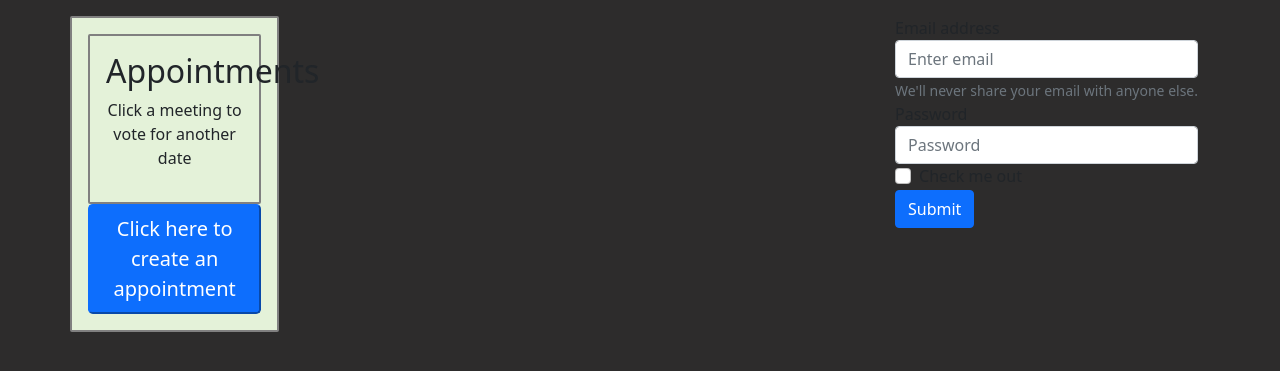
Repository: wlichon/Semesterprojekt
Page: index.html
The author's editor kept a copy of each file at every save. The page is drawn from the files as they stood at one save, then again after the next save.
The browser window is 1280 px wide. The pictures show the whole page.
The page's requests for data from a server got no answer. Some web libraries are served in a nearby version.

Above is the page before, as saved 2022-04-22 18:15:41.

### index.html
<!DOCTYPE html>
<html lang="en">
<head>
    <link href="https://cdn.jsdelivr.net/npm/bootstrap@5.1.3/dist/css/bootstrap.min.css" rel="stylesheet" integrity="sha384-1BmE4kWBq78iYhFldvKuhfTAU6auU8tT94WrHftjDbrCEXSU1oBoqyl2QvZ6jIW3" crossorigin="anonymous">
    <link rel="stylesheet" href="https://cdn.jsdelivr.net/npm/bootstrap-icons@1.8.1/font/bootstrap-icons.css">
    <script
    src="https://code.jquery.com/jquery-3.6.0.min.js"
    integrity="sha256-/xUj+3OJU5yExlq6GSYGSHk7tPXikynS7ogEvDej/m4="
    crossorigin="anonymous"></script>
    <script src="https://cdnjs.cloudflare.com/ajax/libs/jqueryui/1.12.1/jquery-ui.min.js" integrity="sha512-uto9mlQzrs59VwILcLiRYeLKPPbS/bT71da/OEBYEwcdNUk8jYIy+D176RYoop1Da+f9mvkYrmj5MCLZWEtQuA==" crossorigin="anonymous" referrerpolicy="no-referrer"></script>
    <meta charset="UTF-8">
    <meta http-equiv="X-UA-Compatible" content="IE=edge">
    <meta name="viewport" content="width=device-width, initial-scale=1.0">
    <link rel="stylesheet" href="frontend/css/mystyle.css">
    <script src="frontend/script/script.js" defer></script>
    <title>Appointment Finder</title>
</head>
<body class="d-flex justify-content-center">
    <div class="container m-3 d-flex justify-content-center">
        <div class="events row flex-grow-1" id="events">
            <div class="col-md-3 d-flex justify-content-between" style="flex-direction: column">

                <div class="col">
                    <h2 class="align-self-center">Appointments</h2>
                    <p class="">Click a meeting to vote for another date</p>
                </div>
                <button class = "btn-primary btn-lg" id = "createappointment"> Click here to create an appointment</button>


                </div>
             </div>

            <div class="appointments row flex-grow-1" id="appointments">
                <div class="col-md d-flex justify-content-between" style="flex-direction: column">
                    <div class="row h-80">
                        <div class="col">
                           <h2 class="align-self-center">Options</h2>
                        </div>
                    </div>
                    <div class="row inputs h-20 align-self-bottom">
                        <div class="col-md">
                            <i class="bi bi-person-circle m-1"></i><input type="text" placeholder="Name">
                        </div>
                    </div>

                </div>




                <!--
                    <div id = "appointment"
                <div class="col-md">
                    <div class="row h-80">
                        <div class="col wrapper">
                            <h4>Dez</h4>
                            <h3>23</h3>
                            <p>Mi</p>
                            <p>11:40</p>
                            <p>13:00</p>
                        </div>
                    </div>
                    <div class="row inputs h-20">
                        <div class="col-md"><input class="form-check-input" type="checkbox" value=""></div>
                    </div>


                </div>
                <div class="btn btn-primary col-auto p-1" id="lslide">
                    <i class="bi bi-chevron-left"></i>
                </div>

                <div class="row mt-5 comment">
                    <div class="input-group input-group-lg">
                        <span class="input-group-text" id="inputGroup-sizing-lg">Comment</span>
                        <input type="text" class="form-control" aria-label="Sizing example input" aria-describedby="inputGroup-sizing-lg">
                        <button class="btn btn-outline-secondary bg-primary text-white" type="button" id="submit">Submit</button>
                    </div>
                </div>
            -->
        </div>
        <form id = "createappointmentform">
            <div class="form-group">
              <label for="exampleInputEmail1">Email address</label>
              <input type="email" class="form-control" id="exampleInputEmail1" aria-describedby="emailHelp" placeholder="Enter email">
              <small id="emailHelp" class="form-text">We'll never share your email with anyone else.</small>
            </div>
            <div class="form-group">
              <label for="exampleInputPassword1">Password</label>
              <input type="password" class="form-control" id="exampleInputPassword1" placeholder="Password">
            </div>
            <div class="form-check">
              <input type="checkbox" class="form-check-input" id="exampleCheck1">
              <label class="form-check-label" for="exampleCheck1">Check me out</label>
            </div>
            <button type="submit" class="btn btn-primary">Submit</button>
          </form>

            </div>


    <script src="https://cdn.jsdelivr.net/npm/bootstrap@5.1.3/dist/js/bootstrap.bundle.min.js" integrity="sha384-ka7Sk0Gln4gmtz2MlQnikT1wXgYsOg+OMhuP+IlRH9sENBO0LRn5q+8nbTov4+1p" crossorigin="anonymous"></script>
</body>
</html>

### frontend/css/mystyle.css
[class*="col"]{
    text-align:center;
    border: 2px solid grey;
    padding: 1rem;
    border-radius: 2px;
    background-color:rgb(228, 242, 217);
}

.bi-person-circle{
    font-size: 1.5rem;
}

.inputs > div{
    background-color: rgb(89, 209, 61);
}

body{
    background-color:rgb(45, 44, 44);
}

.wrapper{
    border-radius: 5px;
    border: none;
    background-color: lightcyan;
}

.container{
    border-radius: 5px;
}

#lslide{
    background-color:blue;
    border-radius:10px;
}

.event{
    cursor: pointer;
}

.event:hover{
    background-color:blue;
}

.noevent:hover{
    pointer-events: none;
}

### frontend/script/script.js
"use strict";
var months = ["Jan", "Feb", "Mar", "Apr", "May", "Jun", "Jul", "Aug", "Sep", "Oct", "Nov", "Dec"];
var days = ["Mon", "Tue", "Wed", "Thu", "Fri", "Sat", "Sun"];
var slidebutton = "<div class='btn btn-primary col-auto p-1' id='lslide'><i class='bi bi-chevron-left'></i></div>";
var commentbar = "<div class='row mt-5 comment'><div class='input-group input-group-lg'><span class='input-group-text' id='inputGroup-sizing-lg'>Comment</span><input type='text' class='form-control' aria-label='Sizing example input' aria-describedby='inputGroup-sizing-lg'><button class='btn btn-outline-secondary bg-primary text-white' type='button' id='submit'>Submit</button></div></div>";
$(function () {
    $("#appointments").hide();
    $("#events").hide();
    $.ajax({
        type: "GET",
        url: "backend/serviceHandler.php",
        cache: false,
        data: { function: "loadAppointments" },
        dataType: "json",
        success: function (response) {
            // bei sucess liefert loadAppointments ein Array mit den ganzen Appointments in dem Format:
            //  Appointment("25-06-2027", "Meeting4", "22-05-2025 19:30:00", "18:00", "18:30", [2, 3]) also:
            // Appointment("Tag-Monat-Jahr", "MeetingNummer", "ExpirationDate", "UhrzeitBeginn", "Uhrzeitende", "OptionsID");
            // Appointment ($date,$title,$votingExpirationDate,$begin,$end,$optionIDs)3222
            console.log("success");
            $.each(response, function (i, val) {
                var counter = 1;
                var date = new Date(val["date"]["date"]);
                var month = months[date.getMonth()];
                var day = days[date.getDay()];
                var dayOfMonth = date.getDate();
                var year = date.getFullYear();
                var expiration = val["votingExpirationDate"]["date"].substr(0, 19);
                var begin = val["begin"]["date"].substr(11).substr(0, 8);
                var end = val["end"]["date"].substr(11).substr(0, 8);
                var id = val["optionIDs"];
                $("#events").append("<div class='col-md-2 event' id =" + counter + " + data=" + id + ">" +
                    "<div class='col wrapper'>" +
                    "<h2>" + val["title"] + "</h2>" +
                    "<h4>" + month + "</h4>" +
                    "<h3>" + dayOfMonth + "</h3>" +
                    "<p>" + day + "</p>" +
                    "<p>Begins: " + begin + "</p>" +
                    "<p>Ends: " + end + "</p>" +
                    "<h6><p>Voting ends:</p>" +
                    "<p>" + expiration + "</p></h6>" +
                    "</div> </div>");
                var isexpired = new Date(expiration);
                var today = new Date();
                if (isexpired <= today) {
                    $("#" + counter).append("<h5 class = 'mt-3' > abgelaufen! </h5>");
                    $("#" + counter).attr("class", "col-md-2 noevent");
                }
                counter++;
            });
        },
        complete: function () {
            $(".event").on('click', function (e) {
                var self = e.currentTarget; // Element was das Klick getriggert hat
                $("#events").hide("slide", { direction: "left" }, 1000, function () {
                    console.log(self);
                    var optionIDs_string = self.getAttribute("data");
                    var optionIDs = Array.from(optionIDs_string.split(","));
                    console.log(optionIDs);
                    $.ajax({
                        type: "GET",
                        url: "backend/serviceHandler.php",
                        cache: false,
                        data: { function: "loadOptions", param: optionIDs },
                        dataType: "json",
                        success: function (response) {
                            console.log("success");
                            console.log(response);
                            $.each(response, function (i, val) {
                                var date = new Date(val["date"]["date"]);
                                console.log("loop");
                                var month = months[date.getMonth()];
                                var day = days[date.getDay()];
                                var dayOfMonth = date.getDate();
                                var year = date.getFullYear();
                                var begin = val["begin"]["date"].substr(11).substr(0, 8);
                                var end = val["end"]["date"].substr(11).substr(0, 8);
                                $("#appointments").append("<div class='col-md'>" +
                                    "<div class='col-md event'>" +
                                    "<div class='col wrapper'>" +
                                    "<h4>" + month + "</h4>" +
                                    "<h3>" + dayOfMonth + "</h3>" +
                                    "<p>" + day + "</p>" +
                                    "<p>Begins: " + begin + "</p>" +
                                    "<p>Ends: " + end + "</p>" +
                                    "</div></div>" +
                                    "<div class='row inputs h-20'>" +
                                    "<div class='col-md'><input class='form-check-input' type='checkbox' value=''></div></div></div>");
                            });
                            $("#appointments").append(slidebutton + commentbar);
                            $("#lslide").on('click', slidebar);
                        },
                        error: function (response) {
                            console.log("failure");
                        }
                    }),
                        setTimeout(function () { return $("#appointments").show("slide", 1000); }, 100);
                });
            });
            $("#events").show("slide", 1000);
        },
        error: function (e) {
            console.log("failure");
        }
    });
    console.log("hi");
    $("#submit").on('click', function () {
        console.log($("#test").prop("checked"));
    });
});
var optionNameInput = '<div class="col-md d-flex justify-content-between" style="flex-direction: column">' +
    '<div class="row h-80">' +
    '<div class="col">' +
    '<h2 class="align-self-center">Options</h2>' +
    '</div>' +
    '</div>' +
    '<div class="row inputs h-20 align-self-bottom">' +
    '<div class="col-md">' +
    '<i class="bi bi-person-circle m-1"></i><input type="text" placeholder="Name">' +
    '</div>' +
    '</div>' +
    '</div>';
function slidebar() {
    $("#appointments").hide("slide", { direction: "left" }, 1000, function () {
        $("#appointments").empty().append(optionNameInput);
        $("#events").show("slide", 1000);
    });
}

After the next save:
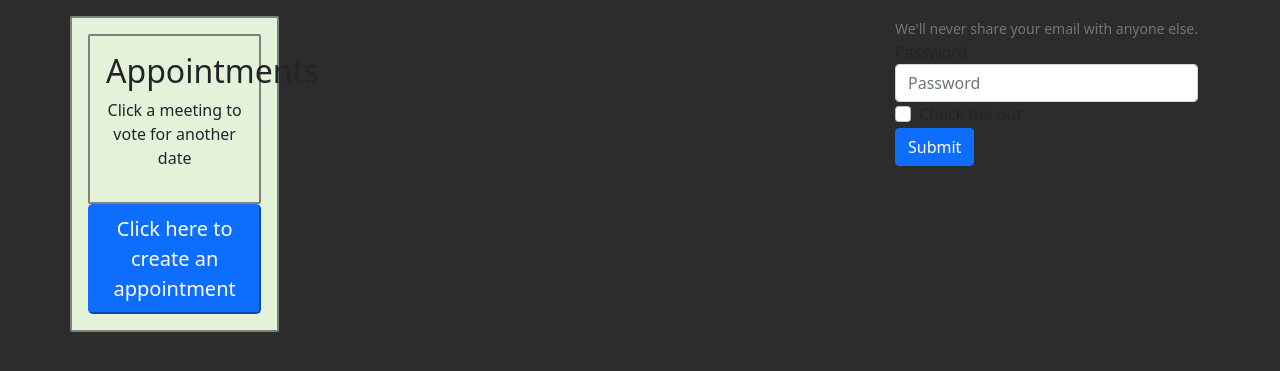
Saved 2 h 21 min later.
--- a/index.html
+++ b/index.html
@@ -81,7 +81,7 @@
         </div>
         <form id = "createappointmentform">
             <div class="form-group">
-              <label for="exampleInputEmail1">Email address</label>
+              <label for="exampleInputEmail1" class = " Email address</label>
               <input type="email" class="form-control" id="exampleInputEmail1" aria-describedby="emailHelp" placeholder="Enter email">
               <small id="emailHelp" class="form-text">We'll never share your email with anyone else.</small>
             </div>

After the 2 saves that followed:
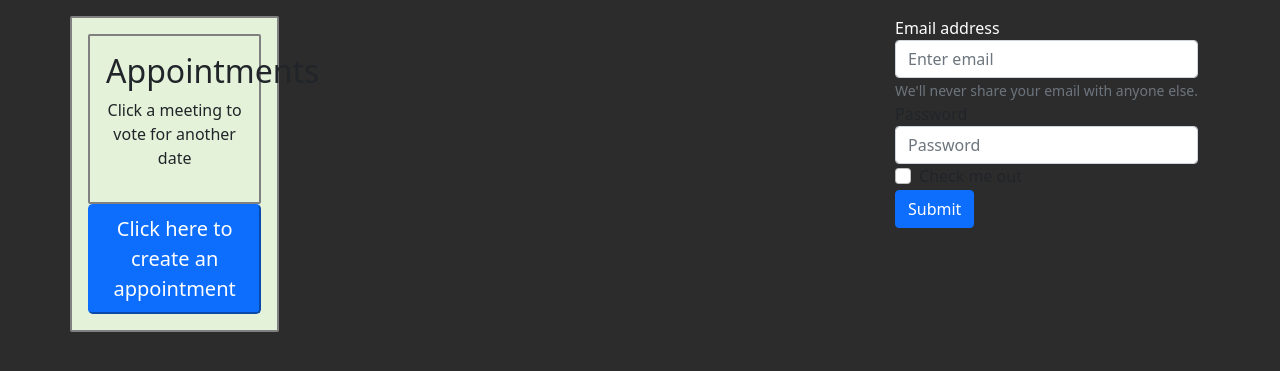
The 2 saves are shown as one change because they came seconds apart.
The last was saved 32 s later.
--- a/index.html
+++ b/index.html
@@ -81,7 +81,7 @@
         </div>
         <form id = "createappointmentform">
             <div class="form-group">
-              <label for="exampleInputEmail1" class = " Email address</label>
+              <label for="exampleInputEmail1" class ="text-white">Email address</label>
               <input type="email" class="form-control" id="exampleInputEmail1" aria-describedby="emailHelp" placeholder="Enter email">
               <small id="emailHelp" class="form-text">We'll never share your email with anyone else.</small>
             </div>
